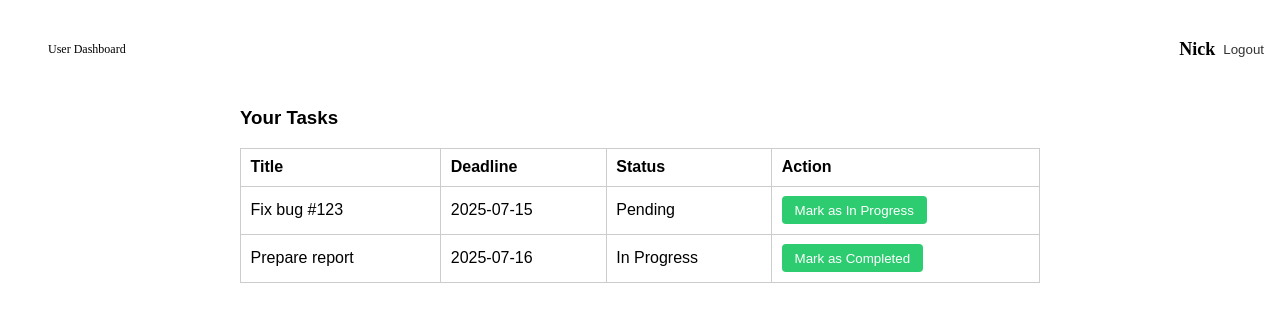
Repository: Edmund-Kiama/todoPHP
Page: /user (app in task-manager-frontend/)
An editor plug-in stored every save of this project. The page is shown before and after the next save, followed by the edit.
The browser window is 1280 px wide. The pictures show the whole page.
The project was rebuilt for these pictures with package versions that can differ from the ones it lists, and the page was loaded fresh each time. Also part of the build but not shown: task-manager-frontend/vite.config.js, task-manager-frontend/src/components/Login/login.css, task-manager-frontend/src/components/Login/Login.vue, task-manager-frontend/src/components/Admin/admin.css, task-manager-frontend/src/components/Admin/AdminDashboard.vue.

Above is the page before, as saved 2025-07-12 21:54:46.

After the next save:
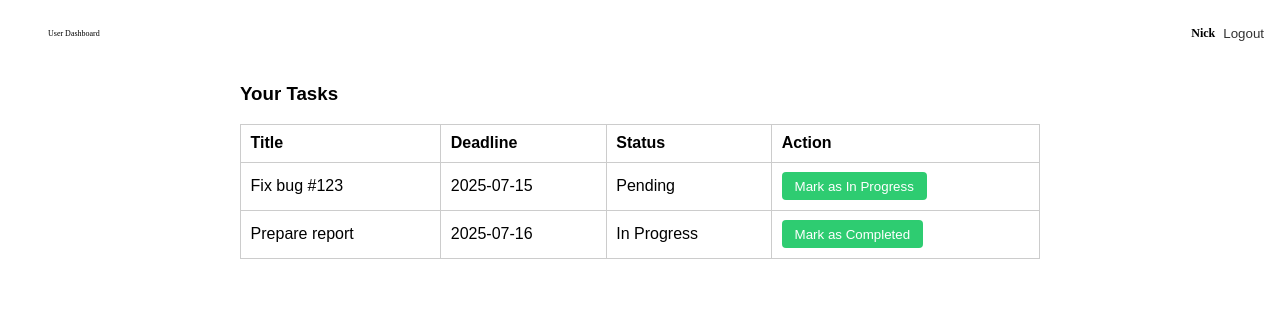
Saved 17 s later.
--- a/task-manager-frontend/src/components/Navbar/nav.css
+++ b/task-manager-frontend/src/components/Navbar/nav.css
@@ -7,7 +7,6 @@
     align-items: center;
     gap: 1rem;
     list-style: none;
-    font-size: x-large;
 }
 .navbar ul li {
     display: flex;
